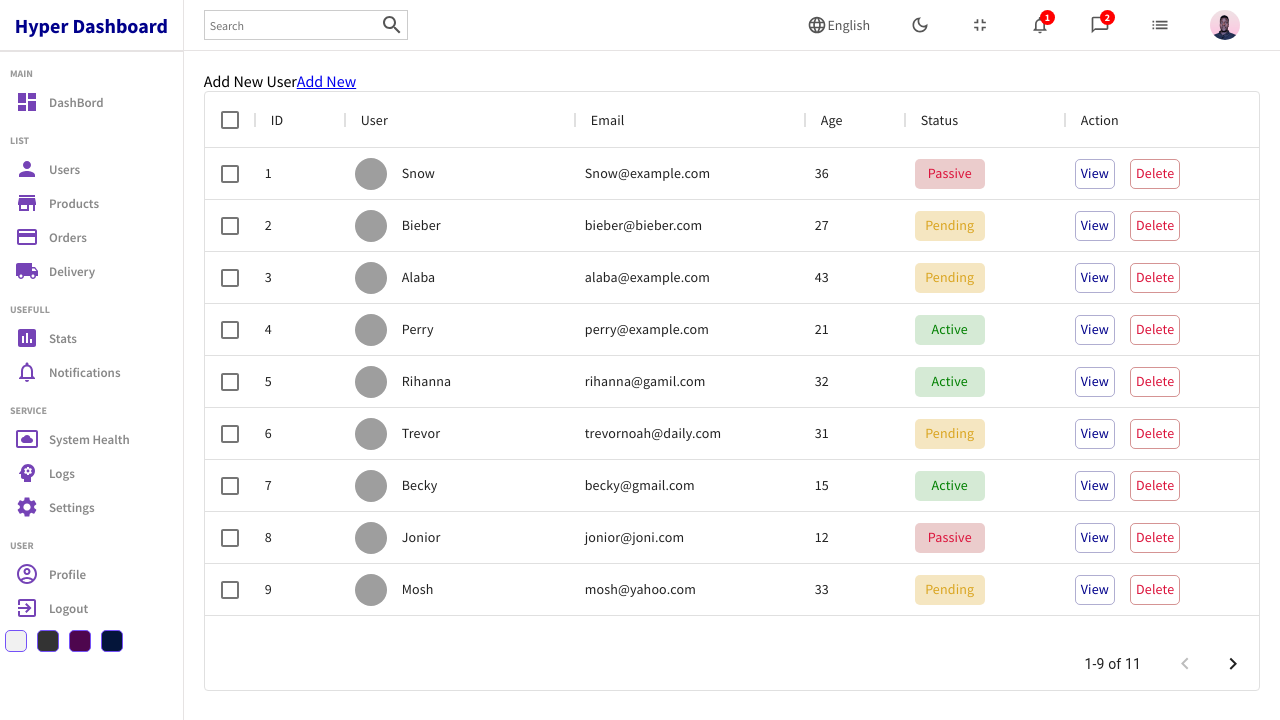
Repository: kenyi-mic/DashBoard
Page: /products
The author's editor kept a copy of each file at every save. The page is drawn from the files as they stood at one save, then again after the next save.
The browser window is 1280 px wide. The pictures show the whole page.
Pictures or frames that could not be fetched are drawn as grey boxes. The project was rebuilt for these pictures with package versions that can differ from the ones it lists, and the page was loaded fresh each time. Also part of the build but not shown: src/pages/home/home.scss, src/pages/home/Home.jsx, src/pages/single/single.scss, src/components/chart/chart.scss, src/components/chart/Chart.jsx, src/components/table/table.scss, src/components/table/BasicTable.jsx, src/pages/single/Single.jsx and 3 more.

Above is the page before, as saved 2022-05-24 17:50:39.

After the next save:
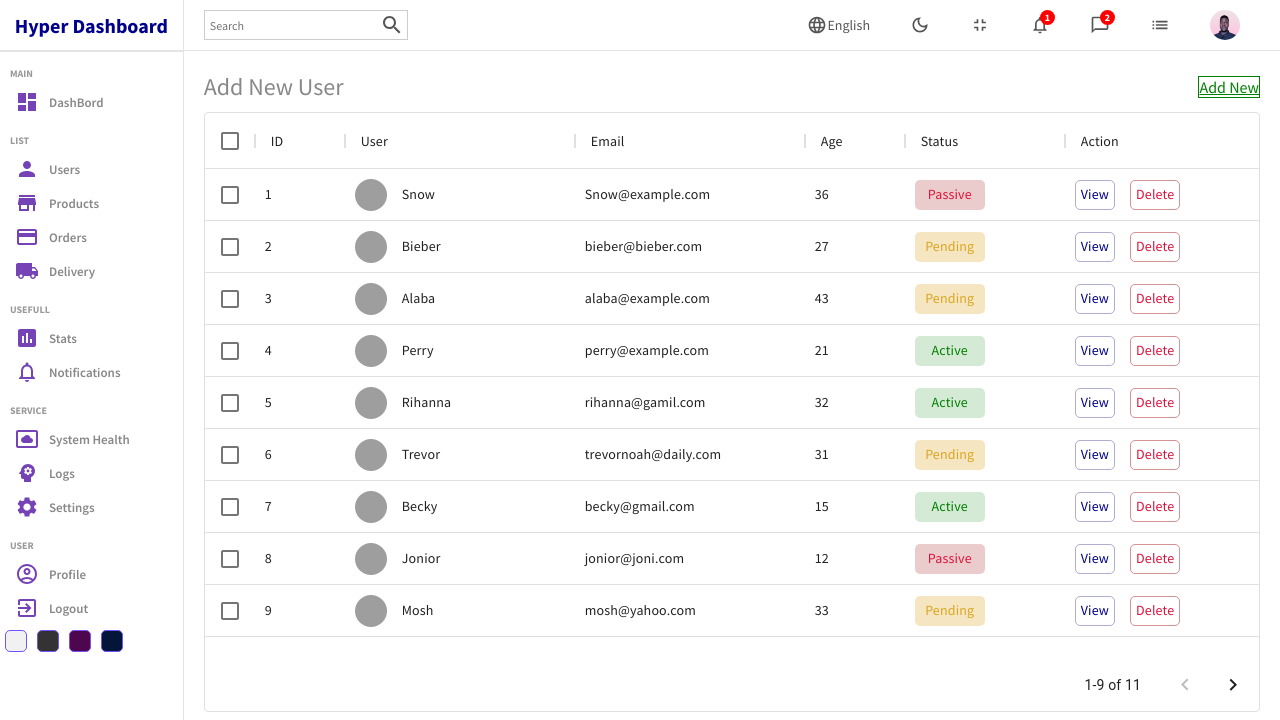
Saved 74 s later.
--- a/src/components/datatable/datatable.scss
+++ b/src/components/datatable/datatable.scss
@@ -1,29 +1,30 @@
 .datatable {
     height: 600px;
     padding: 20px;
+
+    .datatableTitle {
+        width: 100%;
+        font-size: 24px;
+        color: #888;
+        margin-bottom: 10px;
+        display: flex;
+        align-items: center;
+        justify-content: space-between;
+
+        .link {
+            font-size: 16px;
+            color: green;
+            font-weight: 4000;
+            border: 1px solid green;
+        }
+
+    }
 
     .cellWithImg {
         display: flex;
         align-items: center;
         gap: 15px;
 
-        .datatableTitle {
-            width: 100%;
-            font-size: 24px;
-            color: #888;
-            margin-bottom: 10px;
-            display: flex;
-            align-items: center;
-            justify-content: space-between;
-
-            .link {
-                font-size: 16px;
-                color: green;
-                font-weight: 4000;
-                border: 1px solid green;
-            }
-
-        }
 
         .cellImg {
             width: 32px;
